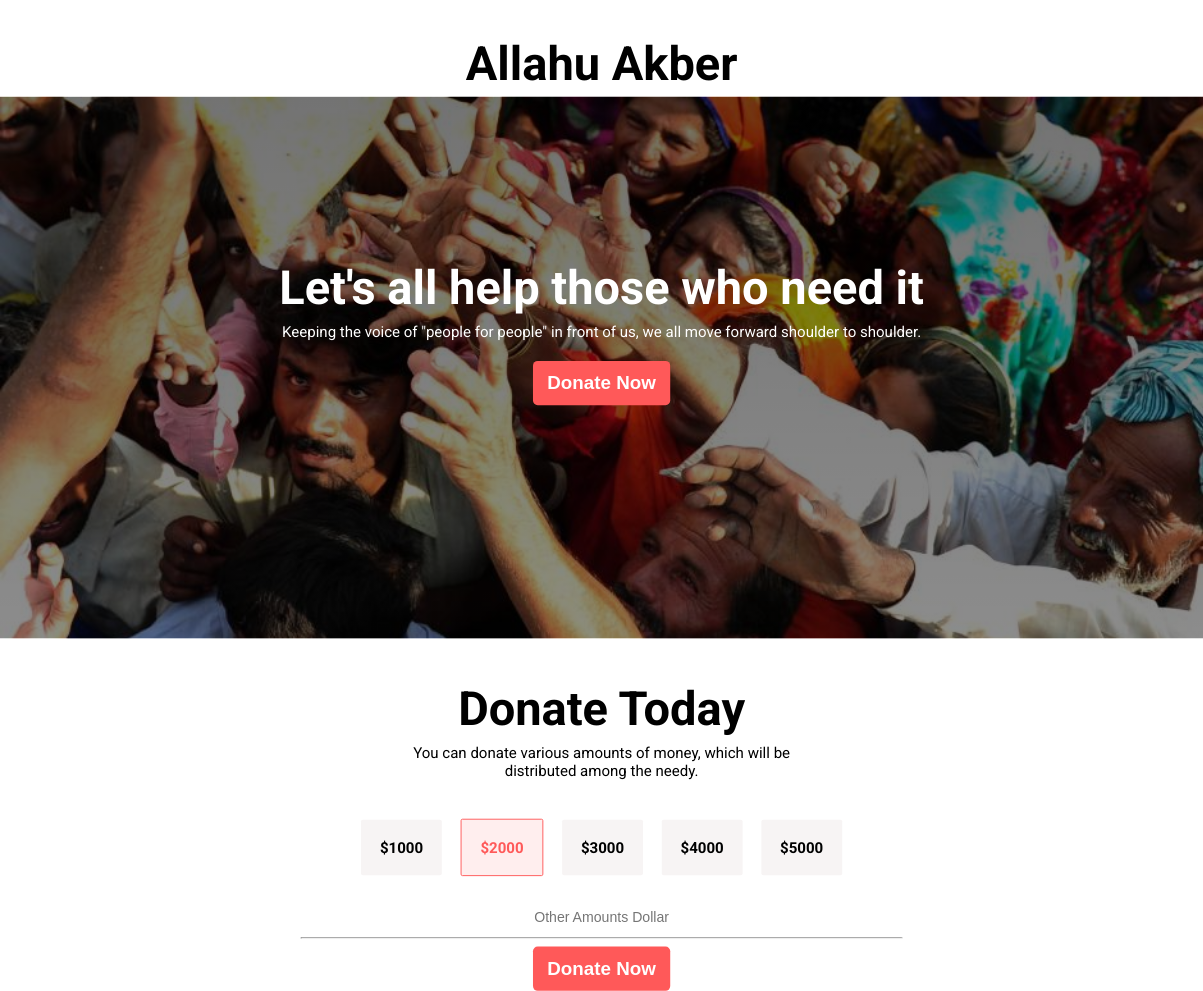
Repository: zjria/suppert-the-helpness
Page: index.html
These files come from the project's save history. The page is drawn as it stood at one moment and after the next save; the edit follows.
The browser window is 1280 px wide. The pictures show the whole page, at 94% of full size.

Above is the page before, as saved 2022-08-26 09:56:07.

### index.html
<!DOCTYPE html>
<html lang="en">

<head>
    <meta charset="UTF-8">
    <meta http-equiv="X-UA-Compatible" content="IE=edge">
    <meta name="viewport" content="width=device-width, initial-scale=1.0">
    <title>Support the helpless</title>
    <!-- Google Fonts -->
    <link rel="preconnect" href="https://fonts.googleapis.com">
    <link rel="preconnect" href="https://fonts.gstatic.com" crossorigin>
    <link href="https://fonts.googleapis.com/css2?family=Roboto:wght@100;300;400;500;700;900&display=swap"
        rel="stylesheet">
    <!-- Custom CSS -->
    <link rel="stylesheet" href="style.css">
</head>

<body>
    <h1>Allahu Akber</h1>
    <!-- Header Section -->
    <section class="header_section">
        <div class="header-text">
            <h1>Let's all help those who need it</h1>
            <p>Keeping the voice of "people for people" in front of us, we all move forward shoulder to shoulder.</p>
            <button class="button-style">Donate Now</button>
        </div>
    </section>
    <section class="donate-today">
        <h1>Donate Today</h1>
        <p>You can donate various amounts of money, which will be <br> distributed among the needy.</p>
        <div class="amounts">
            <div class="dollar">$1000</div>
            <div class="dollar" id="second">$2000</div>
            <div class="dollar">$3000</div>
            <div class="dollar">$4000</div>
            <div class="dollar">$5000</div>
        </div>
        <div class="input-field">

            <input type="text" placeholder="Other Amounts Dollar">

            <div class="line-style">
                <hr>
            </div>

            <button class="button-style">Donate Now</button>

        </div>
    </section>
</body>

</html>

### style.css
body {
    font-family: 'Roboto', sans-serif;
    margin: 0%;
    padding: 0%;
}

/* Header Section */
.header_section {
    background-image: linear-gradient(rgb(0, 0, 0, 0.55), rgb(0, 0, 0, 0.45)), url(images/header.jpg);
    background-position: center;
    background-size: cover;
    width: 100%;
    height: 80vh;
    color: white;
}

.header-text {
    margin: auto;
    justify-content: center;
    align-items: center;
    padding-top: 10%;
}

h1 {
    font-size: 50px;
    padding: 5px;
    margin-bottom: 1px;
    text-align: center;
}

p {
    font-size: 16px;
    padding: 2px;
    margin: 0px 0px 20px 0px;
    font: bolder;
    text-align: center;

}

.button-style {
    font-size: 20px;
    padding: 12px 15px;
    background-color: #ff5959;
    color: white;
    border-radius: 5px;
    border: none;
    font-weight: 700;
    text-align: center;
    align-items: center;
    justify-content: center;
    margin: 0 auto;
    display: flex;
}


/* donate-today */
.amounts {
    display: flex;
    margin: auto;
    align-items: center;
    text-align: center;
    justify-content: center;
}

.dollar {
    padding: 20px;
    background: rgb(247, 244, 244);
    margin: 20px 10px 30px 10px;
    border-radius: 2px;
    font-weight: bold;
}

.dollar#second {
    border: 1px solid #ff5959;
    background: #ffeeee;
    transition: none;
    transform: none;
    color: #ff5959;
    font-weight: bold;
}

.input-field input {
    text-align: center;
    align-items: center;
    margin: 0 auto;
    display: flex;
    border: 0;
    padding: 5px 15px;
    width: 50%;
    font-size: 15px;
}

.input-field .line-style {
    width: 50%;
    text-align: center;
    align-items: center;
    margin: 0 auto;
}

After the next save:
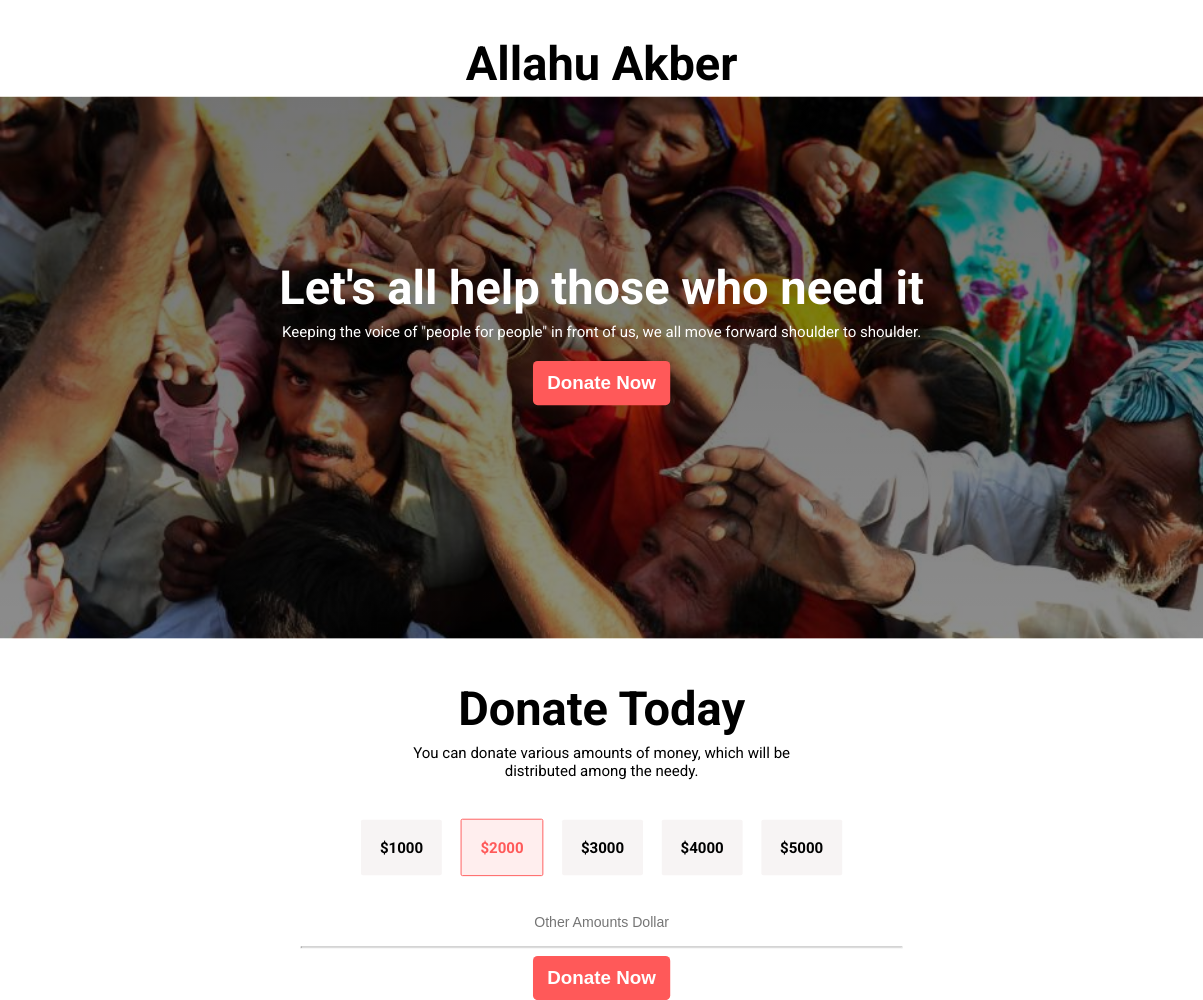
Saved 24 min 52 s later.
--- a/style.css
+++ b/style.css
@@ -85,7 +85,7 @@ p {
     margin: 0 auto;
     display: flex;
     border: 0;
-    padding: 5px 15px;
+    padding: 10px 15px;
     width: 50%;
     font-size: 15px;
 }
